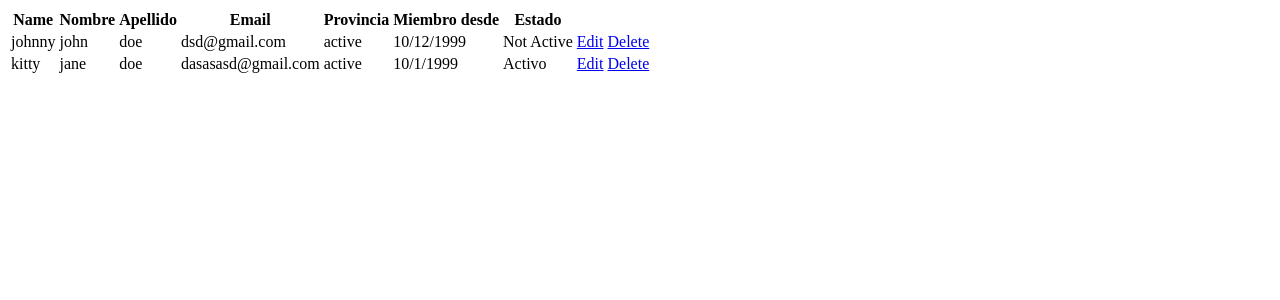
Repository: SabitDeepto/Chitra
Page: CRUD/templates/index.html
An editor plug-in stored every save of this project. The page is shown before and after the next save, followed by the edit.
The browser window is 1280 px wide. The pictures show the whole page.
The template is drawn by Django 2.2. The application's start-up code is not run. Other server files are loaded and not shown. The template is opened directly, without the code that normally fills it, so the values that code supplies are empty.

Above is the page before, as saved 2019-01-08 12:26:29.

### CRUD/templates/index.html
{% comment %} {% for x in ex %}
<div class="container">
<a href = '#'>{{x.name}}<br>
</div>
 <p>My mother has <span style="color:blue">blue</span> eyes.</p>
{% endfor %} {% endcomment %}


   </div><table class="table table-striped table-hover table-users">
    			<thead>
    				<tr>

    					<th class="hidden-phone">Name</th>
    					<th>Nombre</th>
    					<th>Apellido</th>
    					<th class="hidden-phone">Email</th>
    					<th class="hidden-phone">Provincia</th>
    					<th class="hidden-phone">Miembro desde</th>
    					<th>Estado</th>
    					<th></th>
    					<th></th>
    				</tr>
    			</thead>

    			<tbody>

    				<tr>

    					<td class="hidden-phone">johnny</td>
    					<td>john</td>
    					<td>doe</td>
    					<td class="hidden-phone">dsd@gmail.com</td>
    					<td class="hidden-phone">active</td>
                      <td class="hidden-phone">10/12/1999</td>

                    	<td><span class="label label-warning">Not Active</span></td>

    					<td><a class="btn mini blue-stripe" href="{site_url()}admin/editFront/1">Edit</a></td>

                        <td><a href="#" class="confirm-delete btn mini red-stripe" role="button" data-title="johnny" data-id="1">Delete</a></td>
                    </tr>
					<tr>

    					<td class="hidden-phone">kitty</td>
    					<td>jane</td>
    					<td>doe</td>
    					<td class="hidden-phone">dasasasd@gmail.com</td>
    					<td class="hidden-phone">active</td>
                      <td class="hidden-phone">10/1/1999</td>

                    	<td><span class="label label-danger">Activo</span></td>

    					<td><a class="btn mini blue-stripe" href="{site_url()}admin/editFront/2">Edit</a></td>

                        <td><a href="#" class="confirm-delete btn mini red-stripe" role="button" data-title="kitty" data-id="2">Delete</a></td>
                    </tr>

	               </tbody>

</table>

After the next save:
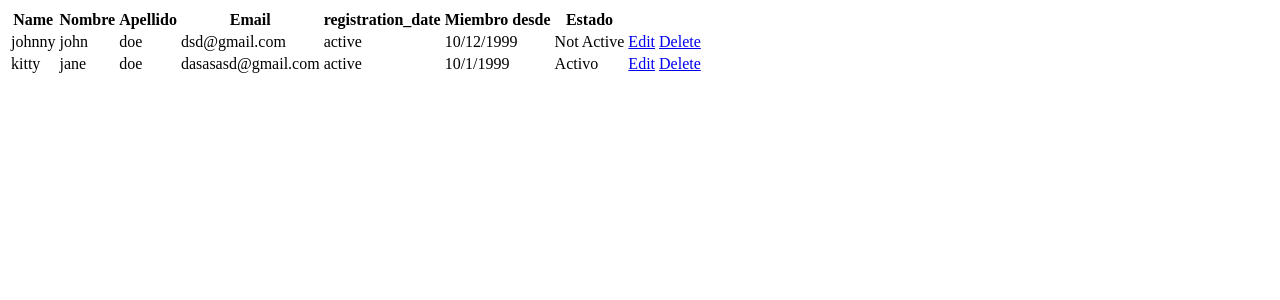
Saved 7 s later.
--- a/CRUD/templates/index.html
+++ b/CRUD/templates/index.html
@@ -14,7 +14,7 @@
     					<th>Nombre</th>
     					<th>Apellido</th>
     					<th class="hidden-phone">Email</th>
-    					<th class="hidden-phone">Provincia</th>
+    					<th class="hidden-phone">registration_date</th>
     					<th class="hidden-phone">Miembro desde</th>
     					<th>Estado</th>
     					<th></th>
